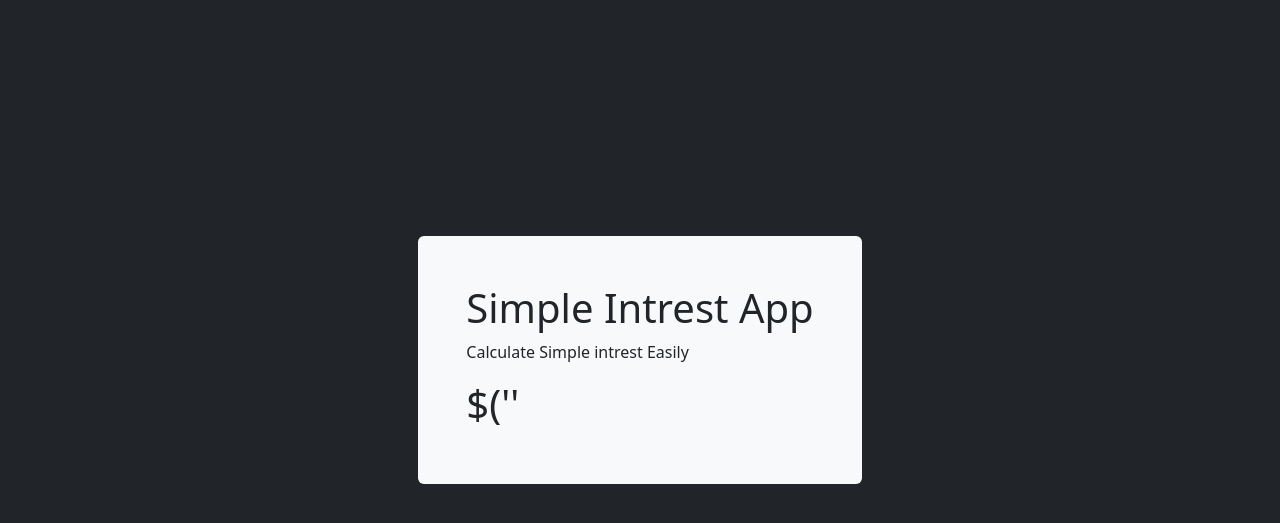
Repository: Afraz13/simple-intrest
Page: /
An editor plug-in stored every save of this project. The page is shown before and after the next save, followed by the edit.
The browser window is 1280 px wide. The pictures show the whole page.
The project was rebuilt for these pictures with package versions that can differ from the ones it lists, and the page was loaded fresh each time. Also part of the build but not shown: src/index.css, src/App.css.

Above is the page before, as saved 2024-07-15 20:26:51.

### public/index.html
<!DOCTYPE html>
<html lang="en">
  <head>
    <meta charset="utf-8" />

    <meta name="viewport" content="width=device-width, initial-scale=1" />
    <link href="https://cdn.jsdelivr.net/npm/bootstrap@5.3.3/dist/css/bootstrap.min.css" rel="stylesheet" integrity="sha384-QWTKZyjpPEjISv5WaRU9OFeRpok6YctnYmDr5pNlyT2bRjXh0JMhjY6hW+ALEwIH" crossorigin="anonymous">

    <title>Simple Intrest</title>
  </head>
  <body>

    <div id="root"></div>

  </body>
</html>

### src/App.js

import './App.css';

function App() {
  return (
    <div style={{height:'100vh'}} className='d-flex justify-content-center align-items-center w-100 bg-dark'>
    <div className='bg-light p-5 rounded'>
    <h1>Simple Intrest App</h1>
    <p>Calculate Simple intrest Easily</p>
    <div>
      <h1>$(''</h1>
    </div>
    </div>
    </div>
  );
}

export default App;

Loaded but not shown: src/index.js (common file)

After the next save:
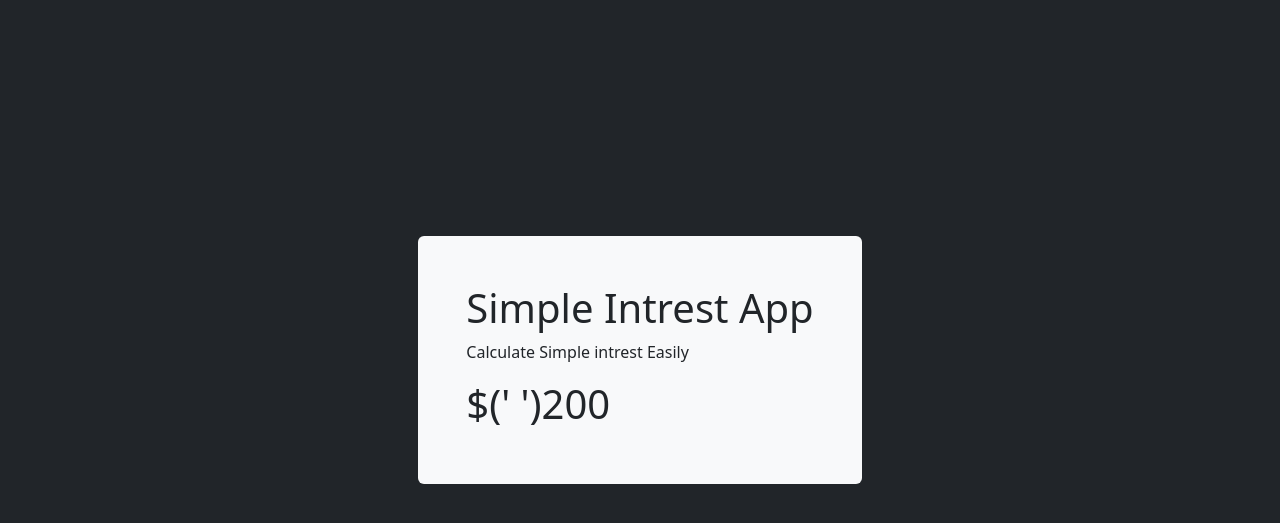
Saved 13 s later.
--- a/src/App.js
+++ b/src/App.js
@@ -8,7 +8,7 @@ function App() {
     <h1>Simple Intrest App</h1>
     <p>Calculate Simple intrest Easily</p>
     <div>
-      <h1>$(''</h1>
+      <h1>$(' ')200</h1>
     </div>
     </div>
     </div>
